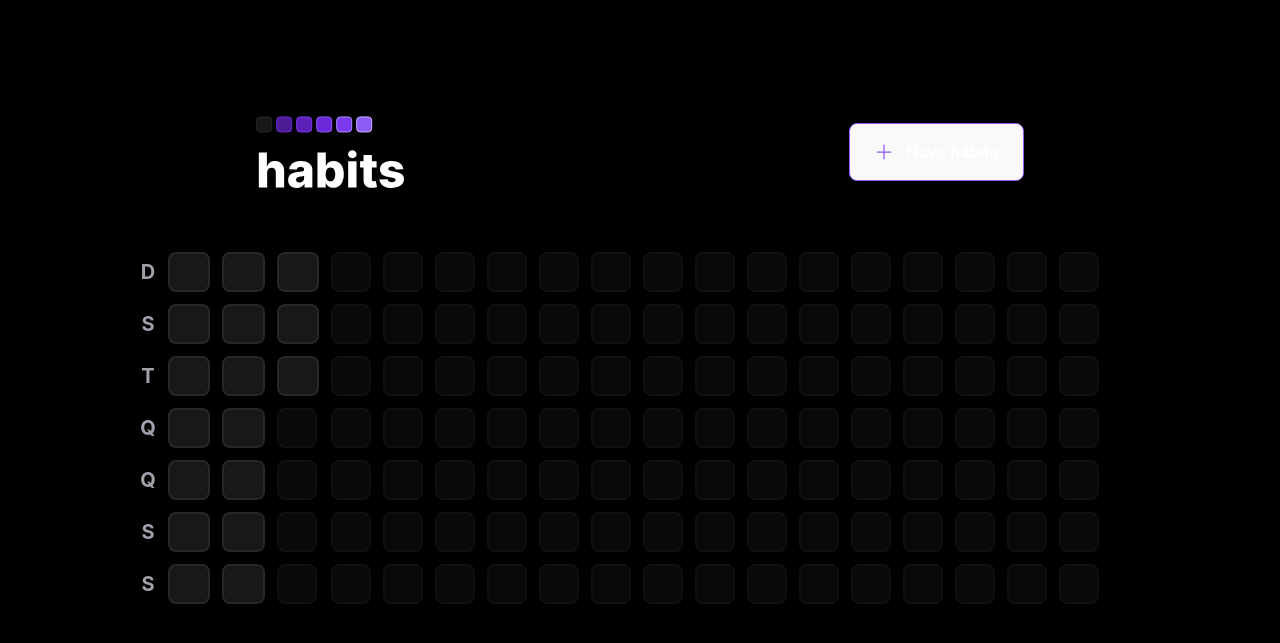
Repository: Herlander929/Setup-Constolador-de-h-bitos
Page: / (app in front-end/web/)
These files come from the project's save history. The page is drawn as it stood at one moment and after the next save; the edit follows.
The browser window is 1280 px wide. The pictures show the whole page.
The page's requests for data from a server got no answer. The project was rebuilt for these pictures with package versions that can differ from the ones it lists, and the page was loaded fresh each time. No one was signed in, and anything a server would have sent is missing. Also part of the build but not shown: front-end/web/vite.config.ts, front-end/web/src/componentes/NewHabitForm.tsx, front-end/web/src/componentes/ProgressBar.tsx.

Above is the page before, as saved 2023-01-21 15:41:16.

### front-end/web/index.html
<!DOCTYPE html>
<html lang="en">
  <head>
    <meta charset="UTF-8" />
    <link rel="icon" type="image/svg+xml" href="/vite.svg" />
    <meta name="viewport" content="width=device-width, initial-scale=1.0" />
    <title>Vite + React + TS</title>
  </head>
  <body class="bg-black text-white">
    <div id="root"></div>
    <script type="module" src="/src/main.tsx"></script>
  </body>
</html>

### front-end/web/src/App.tsx
import { Header } from './componentes/Header';
import  {SummaryTable } from './componentes/SummaryTable';
import './styles/global.css';



export function App() {

  return (
    <div className="w-screen h-screen flex justify-center items-center">
      <div className="w-full max-w-5xl px-6, flex flex-col gap-16">
    <Header/>
    <SummaryTable/>
      </div>

    </div>
  )
}

### front-end/web/src/componentes/Header.tsx
import LogoImage from '../assets/logo.svg'
import * as Dialog from '@radix-ui/react-dialog';
import { Plus, X } from 'phosphor-react'
import { NewHabitForm } from './NewHabitForm';


export function Header() {



    return (
        <div className="w-full max-w-3xl mx-auto flex items-center justify-between">
            <img src={LogoImage} alt="habits" />

            <Dialog.Root>
                <Dialog.Trigger
                    type="button"
                    className="border border-violet-500 font-semibold rounded-lg px-6 py-4 flex items-center gap-3 hover:border-violet-300"
                >
                    <Plus size={20} className="text-violet-500" />
                    Novo hábito
                    </Dialog.Trigger>


            <Dialog.Portal>
                <Dialog.Overlay className='w-screen h-screen bg-black/80 fixed inset-0'/>
                <Dialog.Content className='absolute p-10 bg-zinc-900 rounded-2xl w-full max-w-md top-1/2 left-1/2 -translate-x-1/2 -translate-y-1/2'>
                    <Dialog.Close className='absolute right-6 top-6 text-zinc-400 hover:text-zinc-200 '>
                        <X size={24} aria-label = "Fechar"/>
                    </Dialog.Close>

                    <Dialog.Title className='text-3xl leading-tight font-extrabold'>
                        Criar hábito
                    </Dialog.Title>

                    <NewHabitForm/>
                </Dialog.Content>
            </Dialog.Portal>
            </Dialog.Root>

        </div>
    )
}

### front-end/web/src/componentes/SummaryTable.tsx
import dayjs from 'dayjs';
import { useEffect, useState } from 'react';
import { api } from '../lib/axios';
import { generateDatesFromYearBegining } from '../utils/genarate-dates-drom-year-begining';
import { HabitDay } from './HabitDay';

const weekDays = ['D', 'S', 'T', 'Q', 'Q', 'S', 'S']

const summaryDates = generateDatesFromYearBegining()

const minimumSummaryDatesSize = 18 * 7 //18 weeks

const amountOfDaysToFill = minimumSummaryDatesSize - summaryDates.length


type Summary = {
    id: string;
    date: string;
    amount: number;
    completed: number;
}[]

export function SummaryTable() {

    const [summary, setSummary] = useState<Summary>([])

    useEffect(() => {
        api.get('summary').then(response => {
            console.log(response.data)
        })
    }, [])


    return (

        <div className="w-full flex">
            <div className="grid grid-rows-7 grid-flow-row gap-3">

                {weekDays.map((weekDay, i) => {
                    return (
                        <div  key={`${weekDay}-${i}`}
                        className="text-zinc-400 text-xl font-bold h-10 w-10 flex items-center justify-center">
                            {weekDay}
                        </div>

                    )
                })}


            </div>

            <div className="grid grid-rows-7 grid-flow-col gap-3">
               {summaryDates.map(date => {
                const dayInSummary = summary.find(day => {
                    return dayjs(date).isSame(day.date, 'day')
                })
                return (
                     <HabitDay
                     key={date.toString()}
                     date={date}
                amount={dayInSummary?.amount}
                completed={dayInSummary?.completed}

                />)


               })}
               {amountOfDaysToFill > 0 && Array.from({length: amountOfDaysToFill}).map((_, i) => {
                return (
                    <div key={i}
                    className="w-10 h-10 bg-zinc-900 border-2 border-zinc-800 rounded-lg opacity-40 cursor-not-allowed"/>
                )
               })
               }


            </div>
        </div>
    )
}

### front-end/web/src/lib/axios.ts


import axios from "axios";

export const api = axios.create({
    baseURL: 'http://localhost:3333'
})

### front-end/web/src/utils/genarate-dates-drom-year-begining.ts
import dayjs from 'dayjs'

export function generateDatesFromYearBegining() {

    const firstDayofTheYear = dayjs().startOf('year')
    const today = new Date()

    const dates = []
    let compareDate = firstDayofTheYear

    while (compareDate.isBefore(today)) {
        dates.push(compareDate.toDate())
        compareDate = compareDate.add(1,'day')
    }

    return dates

}

### front-end/web/src/componentes/HabitDay.tsx
import * as Popover from '@radix-ui/react-popover';
import { ProgressBar } from './ProgressBar';
import clsx from 'clsx'
import * as  Checkbox from '@radix-ui/react-checkbox';
import  { Check } from 'phosphor-react';
import dayjs from 'dayjs';


interface HabitDayProps {
    date: Date
    completed?: number
    amount?: number
}

export function HabitDay({ completed =0, amount = 0 }: HabitDayProps) {

    const amountCompletedPorcentage = amount > 0 ? Math.round((completed / amount)* 100) : 0


    const dayAndMounth = dayjs().format('DD/MM')

    return (
        <Popover.Root>
            <Popover.Trigger className={clsx("w-10 h-10 bg-zinc-900 border-2 border-zinc-800 rounded-lg", {
                'bg-zinc-900 border-zinc-800': amountCompletedPorcentage === 0,
                'bg-violet-900 border-violet-700': amountCompletedPorcentage > 0 && amountCompletedPorcentage < 20,
                'bg-violet-800 border-violet-600': amountCompletedPorcentage >= 20 && amountCompletedPorcentage < 40,
                'bg-violet-700 border-violet-500': amountCompletedPorcentage >= 40 && amountCompletedPorcentage < 60,
                'bg-violet-600 border-violet-500': amountCompletedPorcentage >= 60 && amountCompletedPorcentage < 80,
                'bg-violet-500 border-violet-400': amountCompletedPorcentage >= 80,
            })}>
                <Popover.Portal>
                    <Popover.Content className='min-w-[320px] w-full p-6 rounded-2xl bg-zinc-900 flex flex-col'>
                        <span className='font-semibol text-zinc-400'>Terça-feira</span>
                        <span className='mt-1 font-extrabold leading-tight text-3xl'>{dayAndMounth}</span>
                        <ProgressBar progress={amountCompletedPorcentage} />

                        <div className='mt-6 flex flex-col gap-3'>
                            <Checkbox.Root
                                className='flex items-center gap-3 group'
                            >

                                <div className='h-8 w-8 rounded-lg flex items-center justify-center bg-zinc-900 border-2 border-zinc-800 group-data-[state=checked]:bg-green-500  group-data-[state=checked]:border-green-500'>
                                    <Checkbox.Indicator>
                                        <Check size={20} className="text-white" />
                                    </Checkbox.Indicator>

                                </div>

                                <span className='font-semibold text-xl text-white leading-tight group-data-[state=checked]:line-through'>
                                    Beber 2L de água

                                </span>

                            </Checkbox.Root>

                        </div>

                        <Popover.Arrow height={8} width={16} className='fill-zinc-900' />
                    </Popover.Content>
                </Popover.Portal>
            </Popover.Trigger>
        </Popover.Root>

    )
}

### front-end/web/tailwind.config.cjs
/** @type {import('tailwindcss').Config} */
module.exports = {
  content: [
    './src/**/*.tsx',
    './index.html'
  ],
  theme: {
    extend: {
      colors:{
        background: '#09090A'
      },
      gridTemplateRows: {
        7: 'repeat(7,minmax(0, 1fr))'
      },
    },
  },
  plugins: [],
}

Loaded but not shown: front-end/web/src/main.tsx (common file); front-end/web/src/index.css (common file); front-end/web/src/styles/global.css (common file)

After the next save:
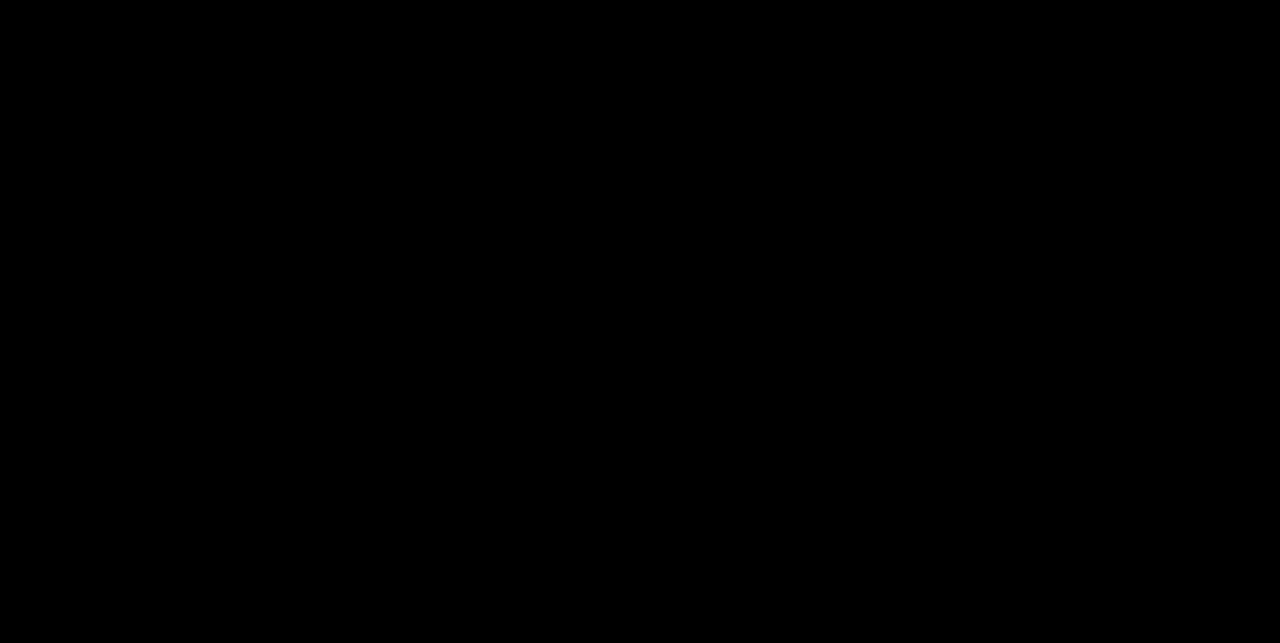
Console error: ReferenceError: date is not defined
Saved 80 s later.
--- a/front-end/web/src/componentes/HabitDay.tsx
+++ b/front-end/web/src/componentes/HabitDay.tsx
@@ -17,7 +17,7 @@
     const amountCompletedPorcentage = amount > 0 ? Math.round((completed / amount)* 100) : 0
 
 
-    const dayAndMounth = dayjs().format('DD/MM')
+    const dayAndMounth = dayjs(date).format('DD/MM')
 
     return (
         <Popover.Root>

After the save that followed:
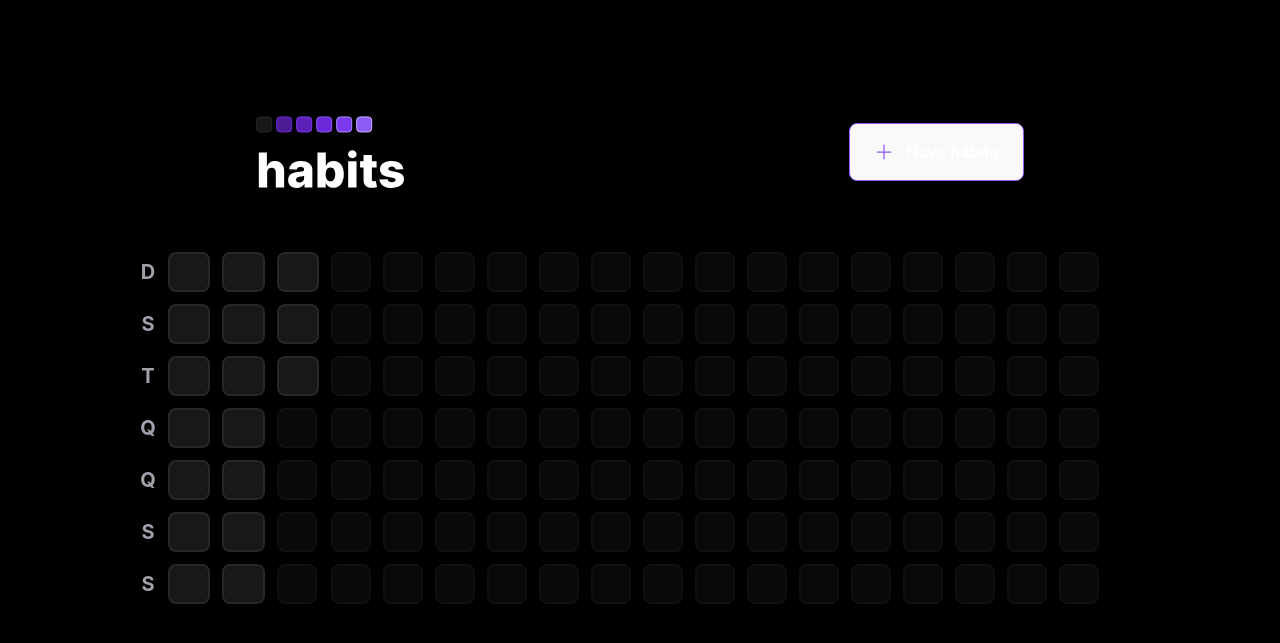
The error is gone.
Saved 93 s later.
--- a/front-end/web/src/componentes/HabitDay.tsx
+++ b/front-end/web/src/componentes/HabitDay.tsx
@@ -17,7 +17,7 @@
     const amountCompletedPorcentage = amount > 0 ? Math.round((completed / amount)* 100) : 0
 
 
-    const dayAndMounth = dayjs(date).format('DD/MM')
+    const dayAndMounth = dayjs('date').format('DD/MM')
 
     return (
         <Popover.Root>
